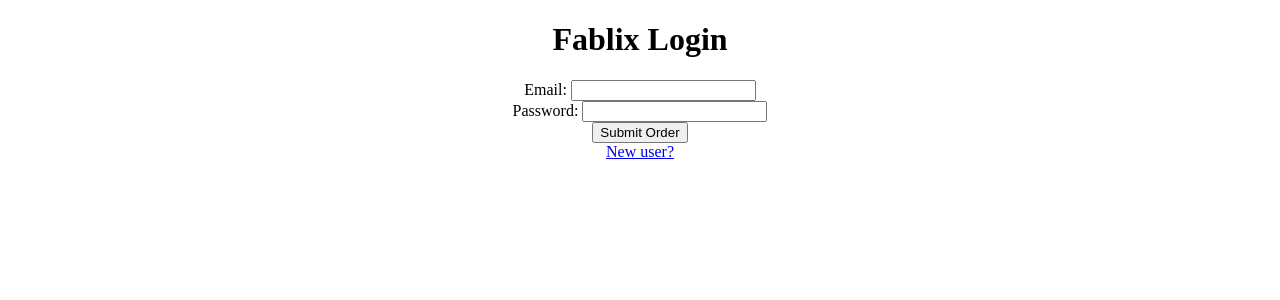
Repository: xzou4/CS221b
Page: fablix/WebContent/login.html
An editor plug-in stored every save of this project. The page is shown before and after the next save, followed by the edit.
The browser window is 1280 px wide. The pictures show the whole page.

Above is the page before, as saved 2017-02-09 17:49:34.

### fablix/WebContent/login.html
<!DOCTYPE html>
<html>
<head>
<meta charset="UTF-8">
<title>Insert title here</title>
</head>
<body>
<H1 ALIGN="CENTER">Fablix Login</H1>

<FORM ACTION="login"
      METHOD="POST">
      <CENTER>
  Email: <INPUT TYPE="TEXT" NAME="email"><BR>

  Password: <INPUT TYPE="PASSWORD" NAME="password"><BR>

    <INPUT TYPE="SUBMIT" VALUE="Submit Order">
  </CENTER>
</FORM>
<center><a href = "register.html">New user?</a>
</body>
</html>

After the next save:
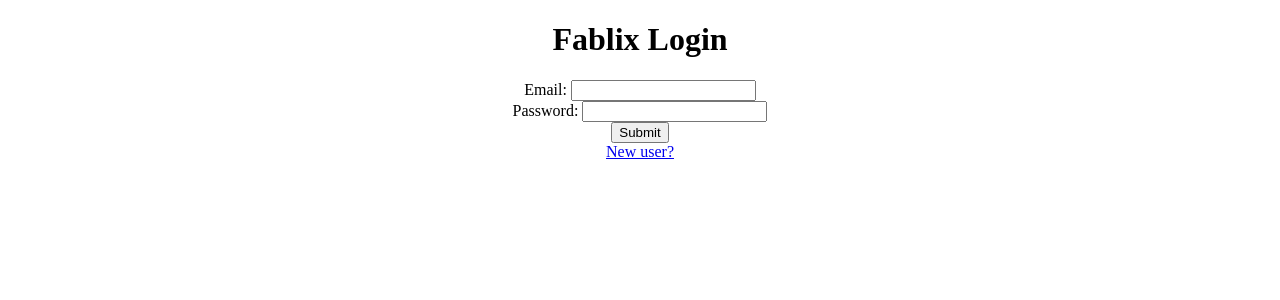
Saved 19 s later.
--- a/fablix/WebContent/login.html
+++ b/fablix/WebContent/login.html
@@ -14,7 +14,7 @@
 
   Password: <INPUT TYPE="PASSWORD" NAME="password"><BR>
 
-    <INPUT TYPE="SUBMIT" VALUE="Submit Order">
+    <INPUT TYPE="SUBMIT" VALUE="Submit">
   </CENTER>
 </FORM>
 <center><a href = "register.html">New user?</a>
